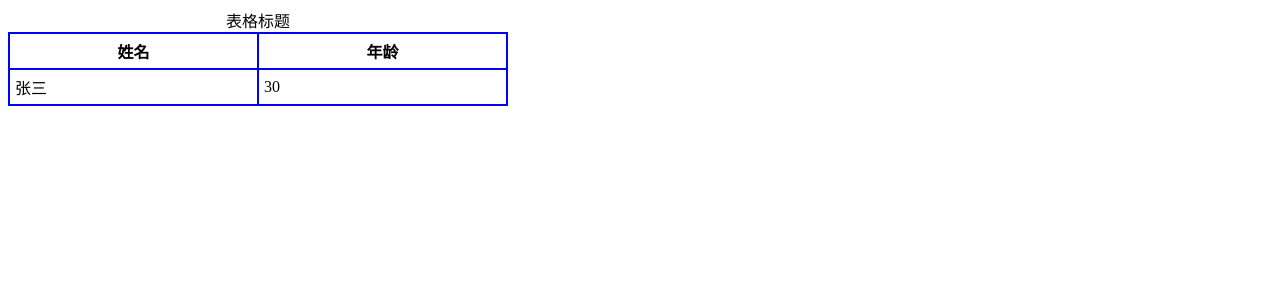
Repository: tangchengjingwen/javaLearningCode
Page: javaLearningCode/day29_html/table.html
An editor plug-in stored every save of this project. The page is shown before and after the next save, followed by the edit.
The browser window is 1280 px wide. The pictures show the whole page.

Above is the page before, as saved 2012-05-13 06:29:46.

### javaLearningCode/day29_html/table.html
<!DOCTYPE HTML PUBLIC "-//W3C//DTD HTML 4.01//EN" "http://www.w3.org/TR/html4/strict.dtd">
<html>
	<head>
		<meta http-equiv="Content-Type" content="text/html; charset=GBK">
		<title>Untitled Document</title>
	</head>
	<body>

		<table border="1" bordercolor="blue" cellpadding="5" cellspacing="0" width="500" >
			<caption>表格标题</caption>
			<tr>
				<th>姓名</th>
				<th>年龄</th>
			</tr>
			<tr>
				<td>张三</td>
				<td>30</td>
			</tr>
		</table>



	</body>
</html>

After the next save:
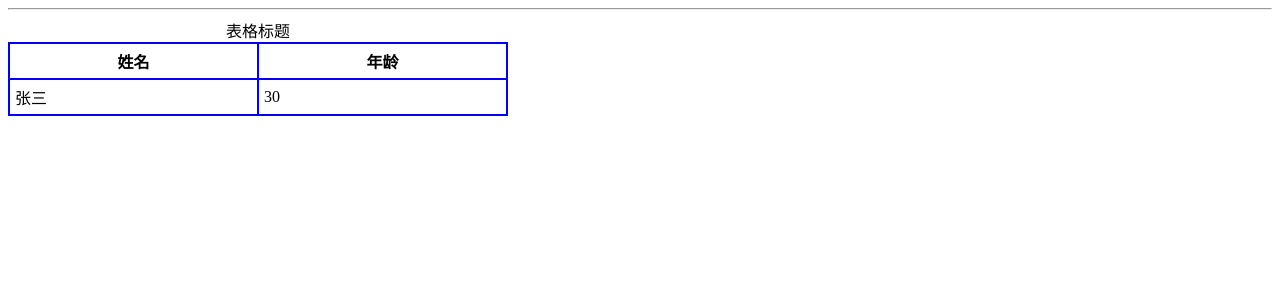
Saved 84 s later.
--- a/javaLearningCode/day29_html/table.html
+++ b/javaLearningCode/day29_html/table.html
@@ -5,6 +5,8 @@
 		<title>Untitled Document</title>
 	</head>
 	<body>
+
+		<HR/>
 
 		<table border="1" bordercolor="blue" cellpadding="5" cellspacing="0" width="500" >
 			<caption>表格标题</caption>
